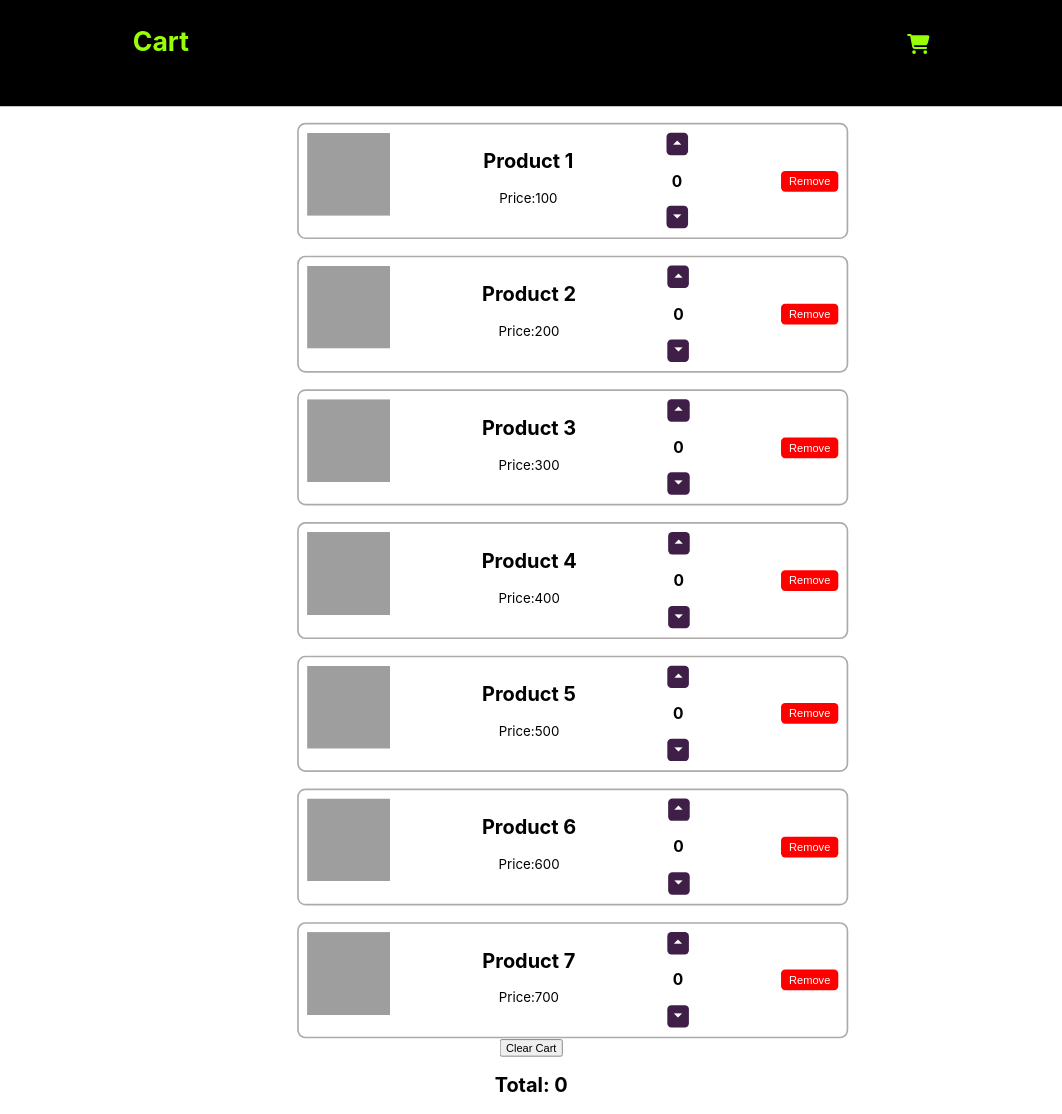
Repository: sriram1224/Cart-react-app
Page: /
An editor plug-in stored every save of this project. The page is shown before and after a run of saves, followed by the edit.
The browser window is 1280 px wide. The pictures show the whole page, at 83% of full size.
Pictures or frames that could not be fetched are drawn as grey boxes. The project was rebuilt for these pictures with package versions that can differ from the ones it lists, and the page was loaded fresh each time.

Above is the page before, as saved 2024-03-12 22:28:17.

### public/index.html
<!DOCTYPE html>
<html lang="en">

<head>
  <meta charset="utf-8" />
  <link rel="icon" href="%PUBLIC_URL%/favicon.ico" />
  <meta name="viewport" content="width=device-width, initial-scale=1" />
  <meta name="theme-color" content="#000000" />
  <meta name="description" content="Web site created using create-react-app">
  <link rel="stylesheet"
    href="https://fonts.googleapis.com/css2?family=Material+Symbols+Outlined:opsz,wght,FILL,GRAD@24,400,0,0" />


  <title>React App</title>
</head>

<body>
  <noscript>You need to enable JavaScript to run this app.</noscript>
  <div id="root"></div>

</body>

</html>

### src/App.js
import Nav from "./Components/Nav.js"
import './App.css';
import Cart from './Components/cart.js';
function App() {
  return (
    <div className="App">

      <Cart />
    </div>
  );
}

export default App;

### src/Components/Nav.js
import { FontAwesomeIcon } from '@fortawesome/react-fontawesome';
import { faShoppingCart } from '@fortawesome/free-solid-svg-icons';
import './Navbar.css';

function Navbar({ cartItems }) {
      console.log(cartItems);
    return (

      <div className="nav-container">
      <div className="cart">
          <div className="heading">
              <h1>
              Cart
              </h1>
          </div>
      <h1>
        <div className="cart-icon-container">
          <FontAwesomeIcon icon={faShoppingCart} className="cart-icon" />
          {cartItems > 0 && (
            <span className="cart-count">{cartItems}</span>
          )}
        </div>

      </h1>
    </div>
      </div>
  );
}

export default Navbar;

### src/Components/cart.js
import React, { useState, useEffect } from "react";
import { BiSolidUpArrow, BiSolidDownArrow } from "react-icons/bi";
import Nav from './Nav'
import './cart.css'

function Cart() {
    const [products, setProducts] = useState([
        { id: "1", name: "Product 1", price: 100, quantity: 0, image: "https://images.unsplash.com/photo-1564466809058-bf4114d55352?w=500&auto=format&fit=crop&q=60&ixlib=rb-4.0.3&ixid=M3wxMjA3fDB8MHxzZWFyY2h8MjN8fHByb2R1Y3R8ZW58MHx8MHx8fDA%3D" },
        { id: "2", name: "Product 2", price: 200, quantity: 0, image: "https://images.unsplash.com/photo-1560343090-f0409e92791a?w=500&auto=format&fit=crop&q=60&ixlib=rb-4.0.3&ixid=M3wxMjA3fDB8MHxzZWFyY2h8N3x8cHJvZHVjdHxlbnwwfHwwfHx8MA%3D%3D" },
        { id: "3", name: "Product 3", price: 300, quantity: 0, image: "https://images.unsplash.com/photo-1560343090-f0409e92791a?w=500&auto=format&fit=crop&q=60&ixlib=rb-4.0.3&ixid=M3wxMjA3fDB8MHxzZWFyY2h8N3x8cHJvZHVjdHxlbnwwfHwwfHx8MA%3D%3D" },
        { id: "4", name: "Product 4", price: 400, quantity: 0, image: "https://images.unsplash.com/photo-1542291026-7eec264c27ff?w=500&auto=format&fit=crop&q=60&ixlib=rb-4.0.3&ixid=M3wxMjA3fDB8MHxzZWFyY2h8MTF8fHByb2R1Y3R8ZW58MHx8MHx8fDA%3D" },
        { id: "5", name: "Product 5", price: 500, quantity: 0, image: "https://images.unsplash.com/photo-1553456558-aff63285bdd1?w=500&auto=format&fit=crop&q=60&ixlib=rb-4.0.3&ixid=M3wxMjA3fDB8MHxzZWFyY2h8MTJ8fHByb2R1Y3R8ZW58MHx8MHx8fDA%3D" },
        { id: "6", name: "Product 6", price: 600, quantity: 0, image: "https://images.unsplash.com/photo-1553456558-aff63285bdd1?w=500&auto=format&fit=crop&q=60&ixlib=rb-4.0.3&ixid=M3wxMjA3fDB8MHxzZWFyY2h8MTJ8fHByb2R1Y3R8ZW58MHx8MHx8fDA%3D" },
        { id: "7", name: "Product 7", price: 700, quantity: 0, image: "https://images.unsplash.com/photo-1583394838336-acd977736f90?w=500&auto=format&fit=crop&q=60&ixlib=rb-4.0.3&ixid=M3wxMjA3fDB8MHxzZWFyY2h8MTl8fHByb2R1Y3R8ZW58MHx8MHx8fDA%3D" }
    ]);

    const [total, setTotal] = useState(0);
    const [cartItems, setCartItems] = useState(0);

    useEffect(() => {
        let newCartItems = 0;
        products.forEach(product => {
            newCartItems += product.quantity;
        });
        setCartItems(newCartItems);
    }, [products]);

    const increaseQuantity = (index) => {
        const updatedProducts = [...products];
        updatedProducts[index].quantity++;
        setProducts(updatedProducts);
        updateTotal();
    };

    const decreaseQuantity = (index) => {
        const updatedProducts = [...products];
        if (updatedProducts[index].quantity > 0) {
            updatedProducts[index].quantity--;
            setProducts(updatedProducts);
            updateTotal();
        }
    };

    const updateTotal = () => {
        let newTotal = 0;
        products.forEach((product) => {
            newTotal += product.quantity * product.price;
        });
        setTotal(newTotal);
    };

    const clearCart = () => {
        setProducts([]);
        setTotal(0);
        setCartItems(0);
    };

    const removeFromCart = (index) => {
        const updatedProducts = [...products];
        updatedProducts.splice(index, 1);
        setProducts(updatedProducts);
        updateTotal();
    };

    return (
        <div>
            <Nav cartItems={cartItems} />
            <div className="">
                {products.map((product, index) => {
                    return (
                        <div className="product-container" key={index}>
                            <img src={product.image} alt={product.name} />
                            <div className="text">
                            <h2>{product.name}</h2>
                            <p>Price:{product.price}</p></div>
                            <div className="button-quantity">
                                <button onClick={() => increaseQuantity(index)}>
                                    <span class="material-symbols-outlined">
arrow_drop_up
</span>
                                </button>
                                <h3>{product.quantity}</h3>
                                <button onClick={() => decreaseQuantity(index)}>
                                    <span class="material-symbols-outlined">
arrow_drop_down
</span>
                                </button>
                            </div>
                            <div className="rm-button">
                            <button onClick={() => removeFromCart(index)}>Remove</button>
                        </div></div>
                    );
                })}
                <button onClick={clearCart}>Clear Cart</button>
                <h2>Total: {total}</h2>
            </div>
        </div>
    );
}

export default Cart;

### src/Components/Navbar.css
.cart-icon-container {
    position: relative;
    display: inline-block;
}

.cart-icon {
    font-size: 1.5rem;
    color: rgb(152, 255, 7);

}

.cart-count {
    position: absolute;
    top: -10px;

    right: -10px;
    /* Adjust the horizontal positioning */
    background-color: red;
    color: white;
    border-radius: 50%;
    padding: 2px 6px;
    font-size: 0.8rem;
    /* Adjust the font size as needed */
}

.cart{
    display: flex;
    justify-content: space-between;
    margin: 0 10rem;
    align-items: center;
    padding-top: 10px;

}

.heading{
text-align: center;
color: rgb(152, 255, 7);
}

.nav-container{
    width: 100%;
    height: 8rem;
    background-color:rgb(0, 0, 0)
}

### src/Components/cart.css
.product-container{
    display: flex;
    gap: 20px;
    justify-content: space-between;
    width: 50%;
    position: relative;
    left: 28%;
    text-align: center;
    margin-top: 20px;
    border: 2px solid rgb(174, 170, 170);
    padding: 10px;
    border-radius: 10px;
}

.product-container img{
    width: 100px;
    height: 100px;
}
.rm-button{
    display: flex;
    align-items: center;
}
.rm-button button{

    background-color: red;
    color: white;
    border: none;
    padding: 5px 10px;
    border-radius: 5px;
    cursor: pointer;
}
.button-quantity span{
    color:rgb(255, 255, 255);

}

.button-quantity button{
   background-color: rgb(63, 31, 72);
    border: none;
    padding: 0px 1px;
    border-radius: 5px;

    cursor: pointer;
}

.text{


    text-align: center;
    gap: 10px;
}
.text p{
    text-align: center;
}

Loaded but not shown: src/index.js (common file); src/index.css (common file); src/reportWebVitals.js (common file); src/App.css (common file)

After the next 5 saves:
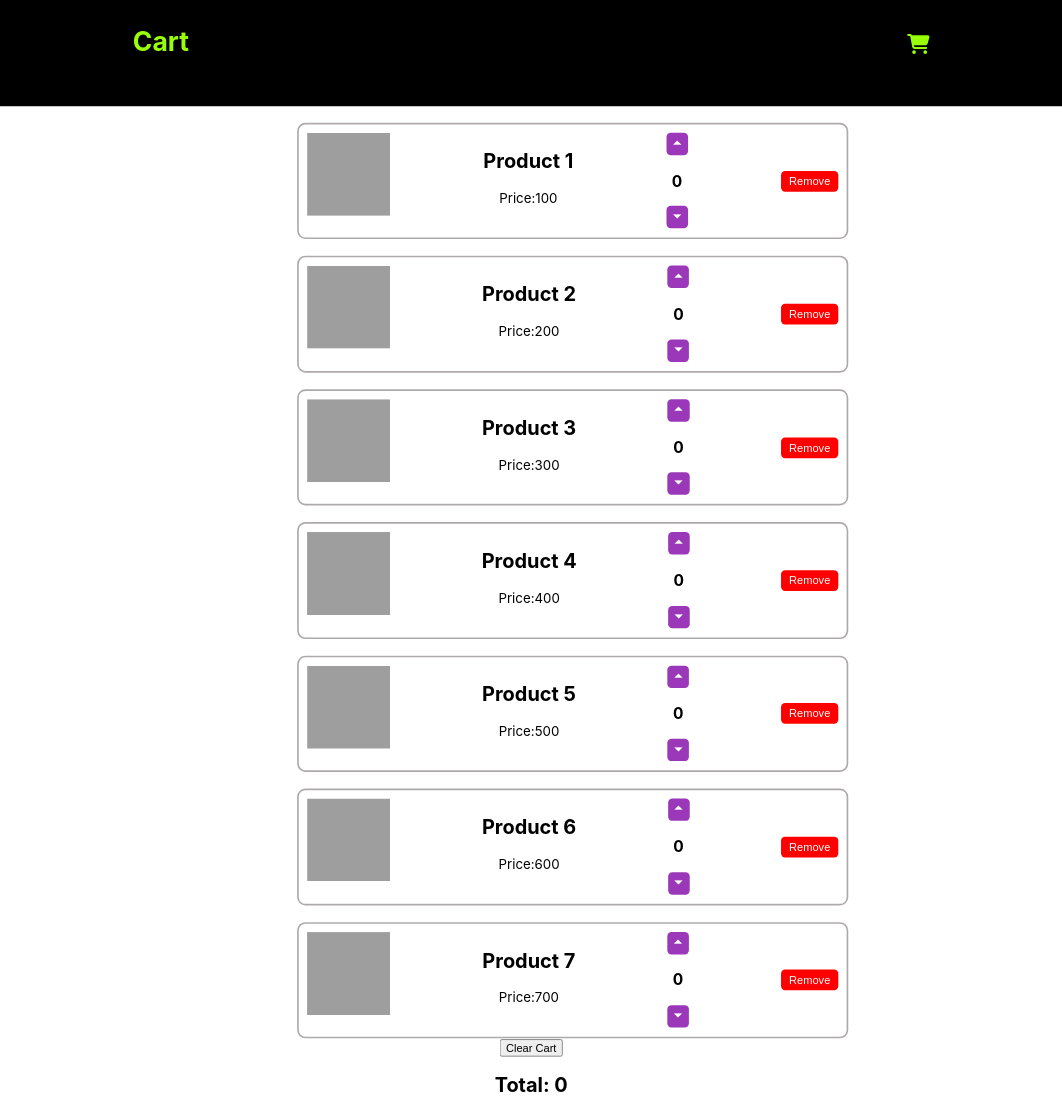
The 5 saves are shown as one change because they came seconds apart.
The last was saved 15 s later.
--- a/src/Components/cart.css
+++ b/src/Components/cart.css
@@ -35,7 +35,7 @@
 }
 
 .button-quantity button{
-   background-color: rgb(63, 31, 72);
+   background-color: rgb(155, 56, 185);
     border: none;
     padding: 0px 1px;
     border-radius: 5px;
